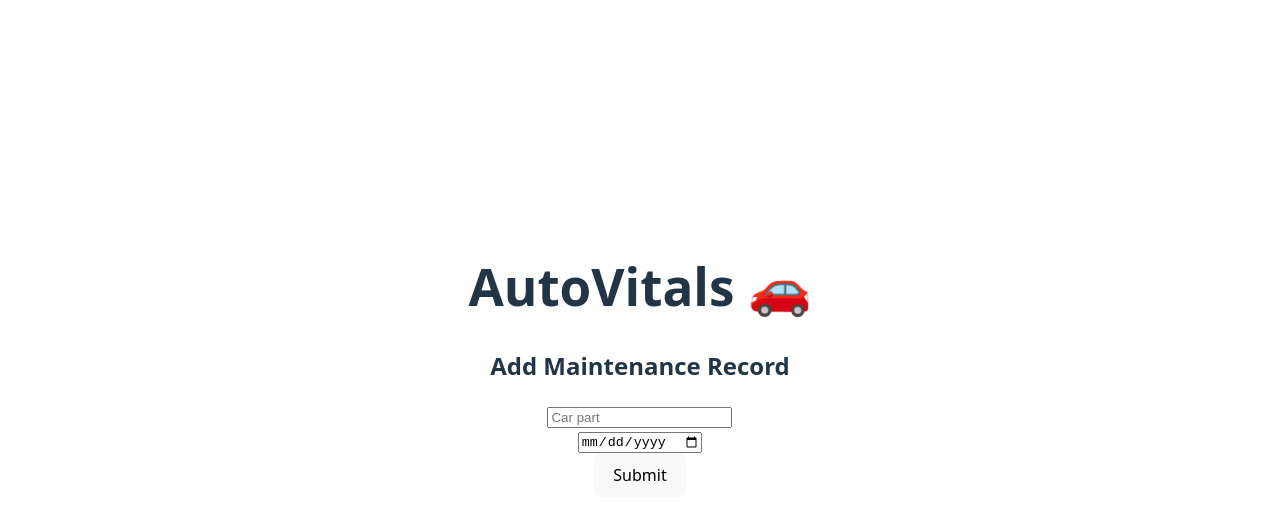
Repository: YoussefAzmires/wevdebautovitals
Page: /add (app in frontend/)
An editor plug-in stored every save of this project. The page is shown before and after the next save, followed by the edit.
The browser window is 1280 px wide. The pictures show the whole page.
The project was rebuilt for these pictures with package versions that can differ from the ones it lists, and the page was loaded fresh each time. Also part of the build but not shown: frontend/vite.config.ts.

Above is the page before, as saved 2025-04-13 15:23:05.

After the next save:
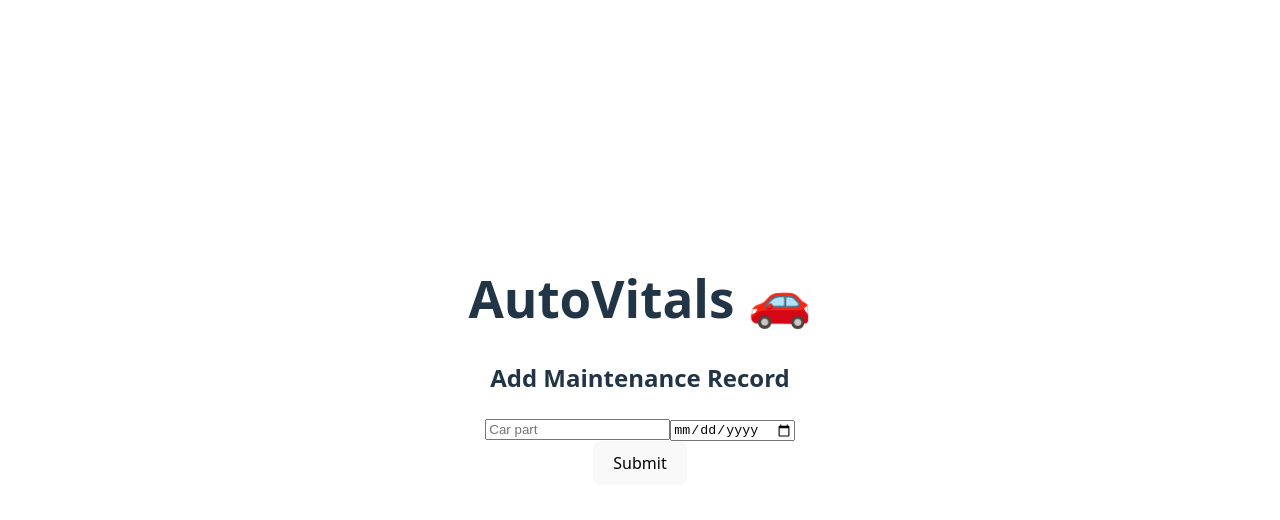
Saved 68 s later.
--- a/frontend/src/components/AddMaintenanceRecordsForm.tsx
+++ b/frontend/src/components/AddMaintenanceRecordsForm.tsx
@@ -5,7 +5,6 @@
       <form>
         <h2>Add Maintenance Record</h2>
         <input type="text" placeholder="Car part" />
-        <br />
         <input type="date" />
         <br />
         <button type="submit">Submit</button>

After the save that followed:
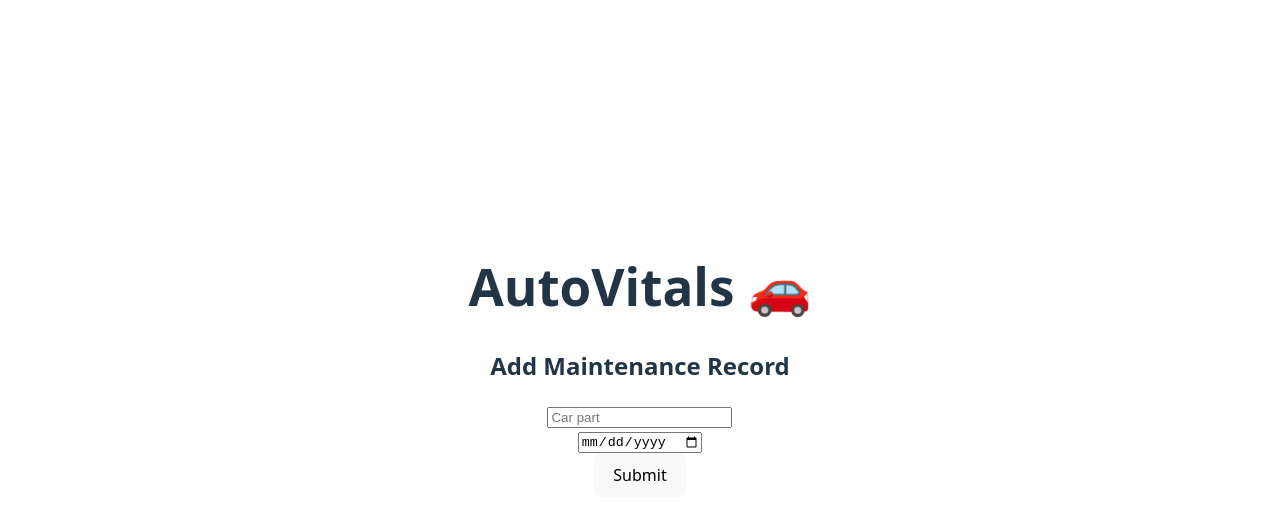
Saved 2 s later.
--- a/frontend/src/components/AddMaintenanceRecordsForm.tsx
+++ b/frontend/src/components/AddMaintenanceRecordsForm.tsx
@@ -5,6 +5,7 @@
       <form>
         <h2>Add Maintenance Record</h2>
         <input type="text" placeholder="Car part" />
+        <br />
         <input type="date" />
         <br />
         <button type="submit">Submit</button>
